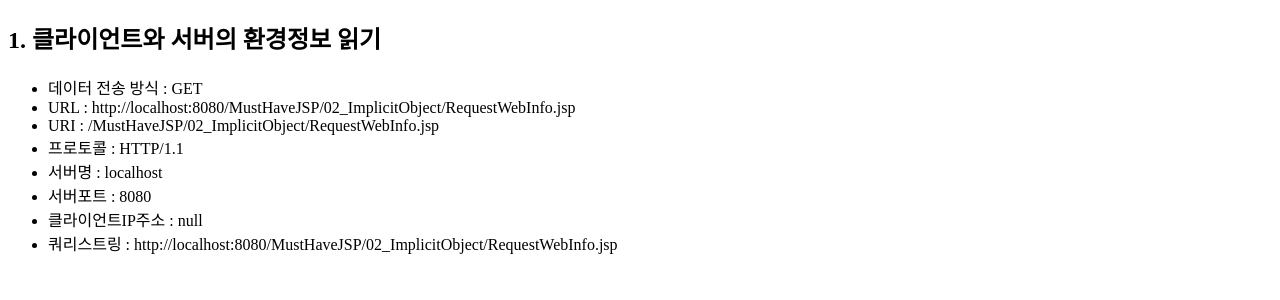
Repository: redi961/JSP_Studying
Page: http://localhost/MustHaveJSP/02_ImplicitObject/RequestWebInfo.jsp
These files come from the project's save history. The page is drawn as it stood at one moment and after the next save; the edit follows.
The browser window is 1280 px wide. The pictures show the whole page.
The page is served by Tomcat 9.

Above is the page before, as saved 2022-10-11 01:15:13.

After the next save:
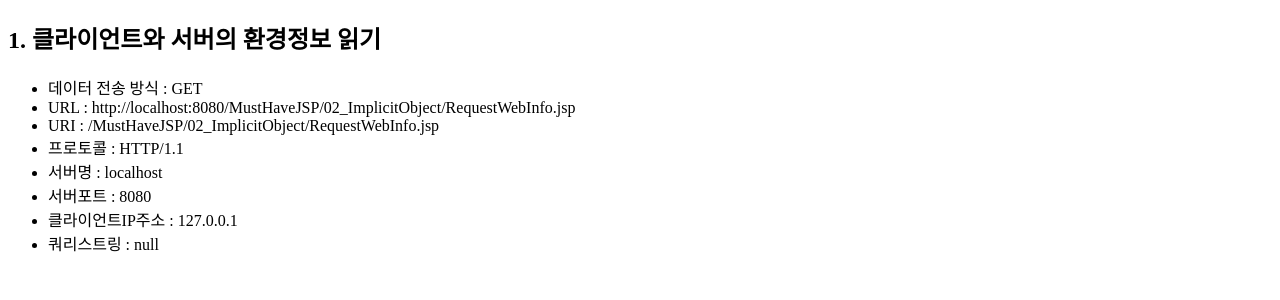
Saved 38 s later.
--- a/MustHaveJSP/src/main/webapp/02_ImplicitObject/RequestWebInfo.jsp
+++ b/MustHaveJSP/src/main/webapp/02_ImplicitObject/RequestWebInfo.jsp
@@ -14,8 +14,8 @@
 		<li>프로토콜 : <%= request.getProtocol()%></li>
 		<li>서버명 : <%= request.getServerName()%></li>
 		<li>서버포트 : <%= request.getServerPort()%></li>
-		<li>클라이언트IP주소 : <%= request.getQueryString()%></li>
-		<li>쿼리스트링 : <%= request.getRequestURL()%></li>
+		<li>클라이언트IP주소 : <%= request.getRemoteAddr()%></li>
+		<li>쿼리스트링 : <%= request.getQueryString()%></li>
 	</ul>
 </body>
 </html>
